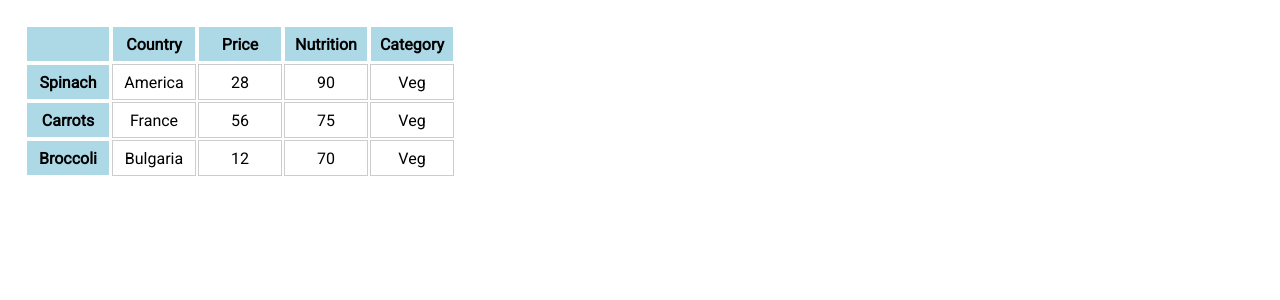
Repository: LivHed/table-jQuery
Page: table.html
The author's editor kept a record of every edit. The page is drawn from the files as they stood at one moment, then again after the next edit.
The browser window is 1280 px wide. The pictures show the whole page.

Above is the page before.

### table.html
<!DOCTYPE html>
<html lang="en">
<head>
  <meta charset="UTF-8">
  <title>Table</title>
  <link href='https://fonts.googleapis.com/css?family=Roboto' rel='stylesheet' type='text/css'>
  <script type="text/javascript" src="js/jquery-3.4.1.js"></script>
  <script type="text/javascript" src="js/my_script.js"></script>

  <style>

    td, th {
      width: 5rem;
      height: 2rem;
      border: 1px solid #ccc;
      text-align: center;
    }
    th {
      background: lightblue;
      border-color: white;
    }
    body {
      padding: 1rem;
      font-family: Roboto;
    }

  </style>


</head>
<body>
  <table>
    <tr>
      <th></th>
      <th>Country</th>
      <th>Price</th>
      <th>Nutrition</th>
      <th>Category</th>
    </tr>
    <tr>
      <th>Spinach</th>
      <td>America</td>
      <td>28</td>
      <td>90</td>
      <td>Veg</td>
    </tr>
    <tr>
      <th>Carrots</th>
      <td>France</td>
      <td>56</td>
      <td>75</td>
      <td>Veg</td>
    </tr>
    <tr>
      <th>Broccoli</th>
      <td>Bulgaria</td>
      <td>12</td>
      <td>70</td>
      <td>Veg</td>
    </tr>


  </table>
  <script
  src="https://code.jquery.com/jquery-3.3.1.js"
  integrity="sha256-2Kok7MbOyxpgUVvAk/HJ2jigOSYS2auK4Pfzbm7uH60="
  crossorigin="anonymous"></script>
</body>
</html>

Loaded but not shown: js/jquery-3.4.1.js (library); js/my_script.js (common file)

After the next edit:
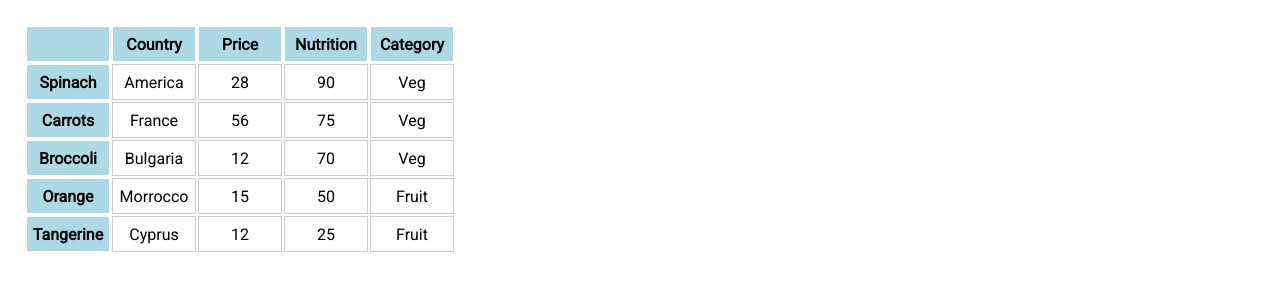
The edit:
--- a/table.html
+++ b/table.html
@@ -58,7 +58,20 @@
       <td>70</td>
       <td>Veg</td>
     </tr>
-
+    <tr>
+      <th>Orange</th>
+      <td>Morrocco</td>
+      <td>15</td>
+      <td>50</td>
+      <td>Fruit</td>
+    </tr>
+    <tr>
+      <th>Tangerine</th>
+      <td>Cyprus</td>
+      <td>12</td>
+      <td>25</td>
+      <td>Fruit</td>
+    </tr>
 
   </table>
   <script
